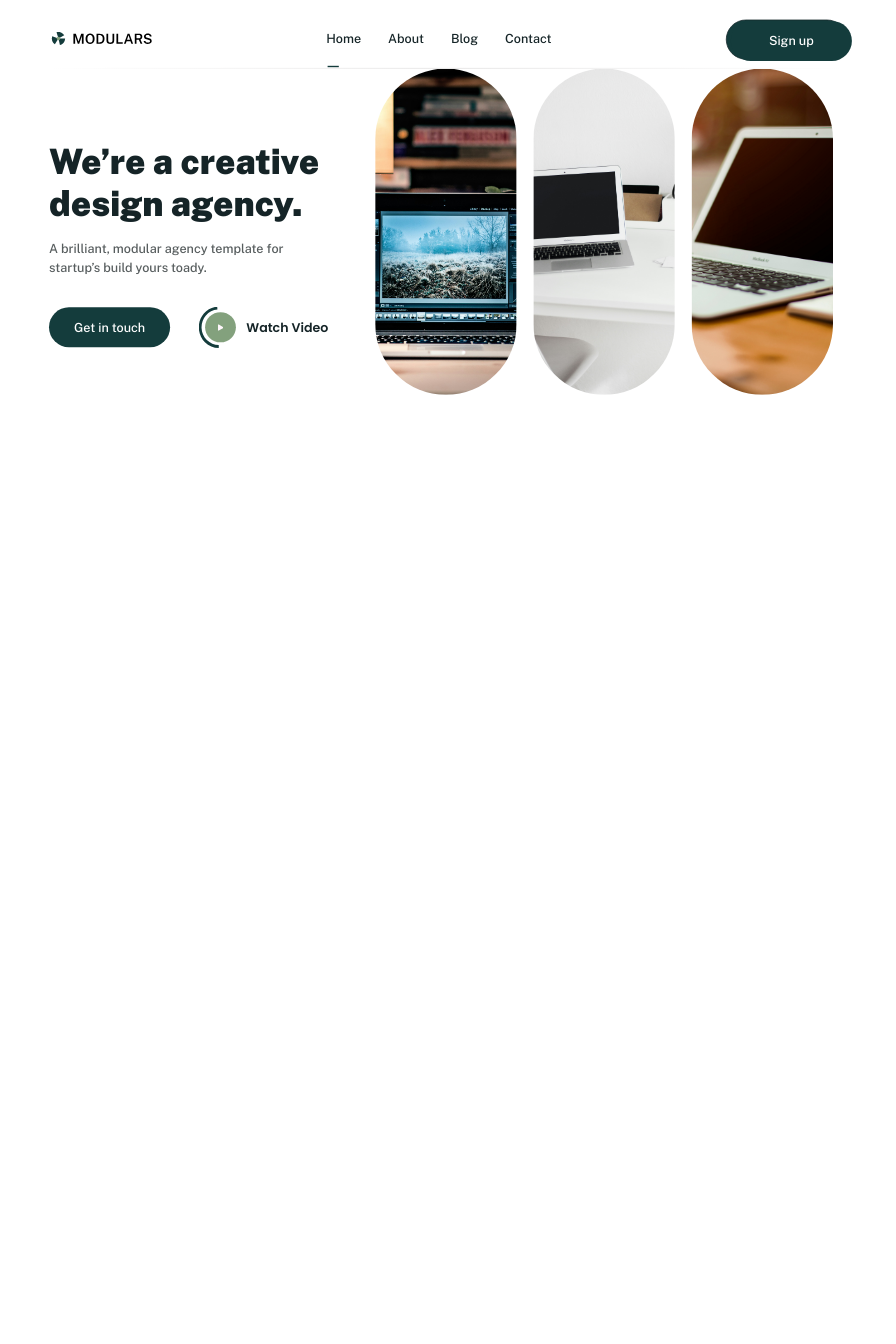
Repository: Learncode-every-day/Project-3.1
Page: index.html
These files come from the project's save history. The page is drawn as it stood at one moment and after the next save; the edit follows.
The browser window is 1280 px wide. The pictures show the part of the page from y = 0 to 1920 px (the page is 5015 px tall), at 70% of full size.

Above is the page before, as saved 2024-06-22 18:16:36.

After the next save:
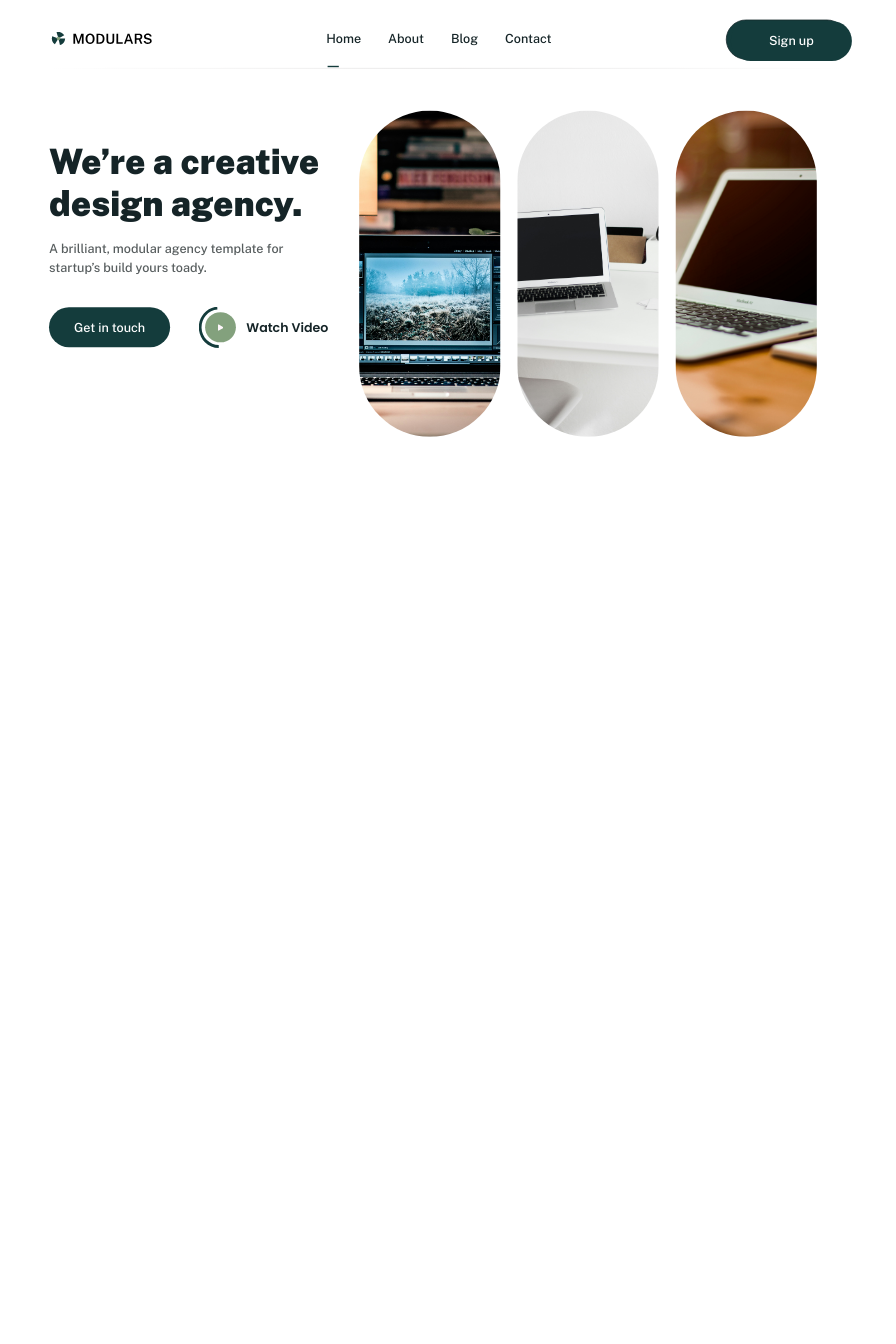
Saved 23 s later.
--- a/assets/css/style.css
+++ b/assets/css/style.css
@@ -192,7 +192,7 @@
     bottom: -8px;
 }
 
-.hero-media {
+.hero__media {
     display: flex;
     margin: 60px 23px 0 0;
 }
